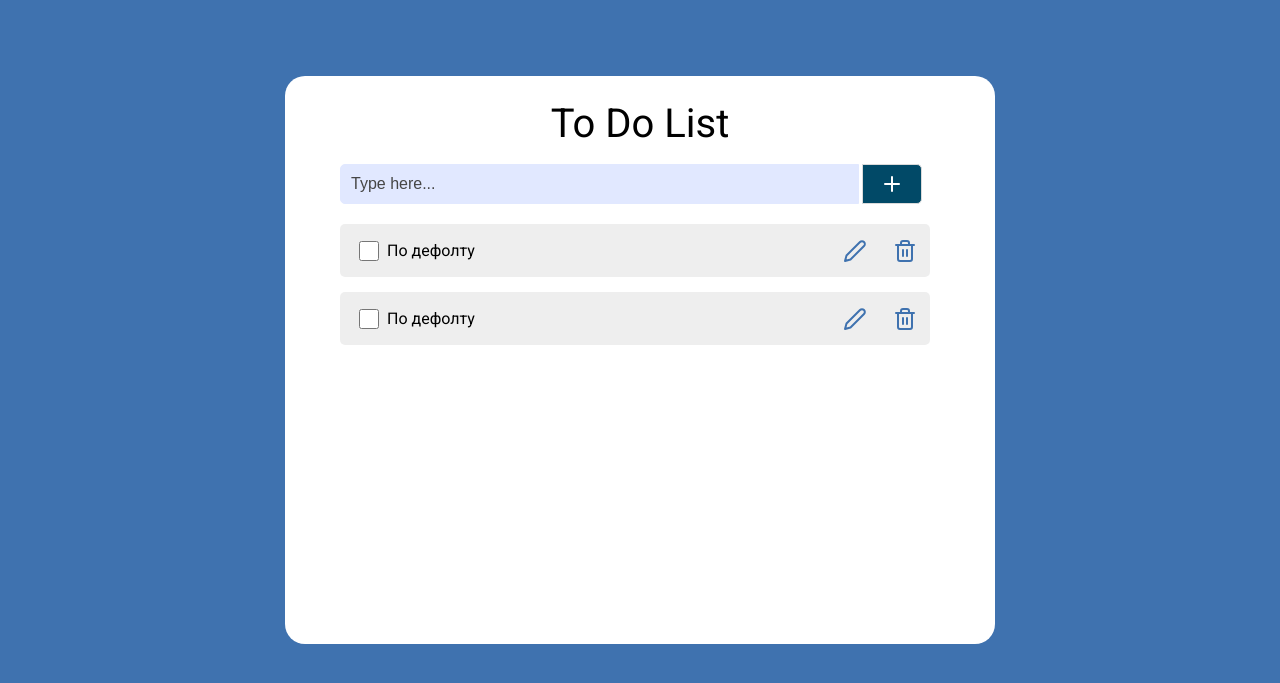
Repository: Azimich/react_ts_todo_vite_zustand
Page: /
These files come from the project's save history. The page is drawn as it stood at one moment and after a run of saves; the edit follows.
The browser window is 1280 px wide. The pictures show the whole page.
The project was rebuilt for these pictures with package versions that can differ from the ones it lists, and the page was loaded fresh each time. Also part of the build but not shown: vite.config.ts.

Above is the page before, as saved 2023-03-29 10:14:23.

### src/main.tsx
import React from 'react'
import ReactDOM from 'react-dom/client'


import App from './views/App'
import './views/styles/reset.scss'
import './views/styles/common.scss'

ReactDOM.createRoot(document.getElementById('root') as HTMLElement).render(
  <React.StrictMode>
    <App />
  </React.StrictMode>,
)

### src/views/App/index.tsx
import React, { FC, useEffect } from 'react'
import { useTuDoStore } from '../../data/stores/useToDoStore';
import InputPlus from '../components/InputPlus';
import InputTask from '../components/InputTask';

import styles from './index.module.scss';


const App: FC = () => {
  const [
    tasks,
    createTask,
    updateTask,
    removeTask
  ] = useTuDoStore((state) => [
    state.tasks,
    state.createTask,
    state.updateTask,
    state.removeTask
  ]);


  // useEffect(() => {
  //   createTask('pppp');
  // }, [createTask]);

  return (
    <div className={styles.article}>
      <h1 className={styles.article__Title}>To Do List</h1>
      <section className={styles.article__Section}>
        <InputPlus
          onAdd={(title) => {
            if (title) {
              createTask(title);
            }
          }}
        />
      </section>
      <section className={styles.article__Section__Tasks}>
        {!tasks.length && (
          <p className={styles.article__Text}>There is no one task.</p>
        )}
        {tasks.map((item) => {
          return (
            <InputTask
              key={item.id}
              id={item.id}
              title={item.title}
              onDone={removeTask}
              onEdited={updateTask}
              onRemoved={removeTask}
            />
          );
        })}
      </section>
    </div>
  );
}

export default App

### src/views/styles/common.scss
@import url('https://fonts.googleapis.com/css2?family=Inter:wght@300;400;700&family=Roboto:wght@400;500&display=swap');

body {
  font: 16px/1.4 'Roboto', sans-serif;
  background: #3F72AF;
  min-height: 100vh;
  padding: 1rem;
  box-sizing: border-box;
  display: flex;
  align-items: center;
  justify-content: center;
}

### src/data/stores/useToDoStore.ts
import {create} from 'zustand';
import { generateId } from './helpers';

interface ITask {
  id: string;
  title: string;
  createdAt: number;
}

interface ITaskStore {
  tasks: ITask[];
  createTask: (title: string) => void;
  removeTask: (id: string) => void;
  updateTask: (title: string, id: string) => void;
}

export const useTuDoStore = create<ITaskStore>((set, get) => ({
  tasks: [
    {
      id: 'ffff',
      title: 'По дефолту',
      createdAt: 12165
    },
    {
      id: 'wfwefw',
      title: 'По дефолту',
      createdAt: 34654
    },
  ],

  createTask: (title) => {
    const { tasks } = get();
    const newTask = {
      id: generateId(),
      title: title,
      createdAt: Date.now()
    }

    set({
      tasks: [newTask].concat(tasks),
    })
  },

  updateTask: (id: string, title: string) => {
    const { tasks } = get();
    set({
      tasks: tasks.map((task) => ({
        ...task,
        title: task.id === id ? title : task.title,
      }))
    })
  },

  removeTask: (id: string) => {
    const { tasks } = get();
    set({
      tasks: tasks.filter((task) => task.id !== id)
    })
  },
}))

### src/views/components/InputPlus/index.tsx
import React, { FC, useCallback, useState } from 'react'

import styles from './index.module.scss'

interface IInputPlus {
  onAdd: (title: string) => void;
}

const InputPlus: FC<IInputPlus> = ({ onAdd }) => {

  const [inputValue, setInputValue] = useState('')
  const addTask = useCallback(() => {
    onAdd(inputValue)
    setInputValue('')
  }, [inputValue])

  return (
    <div className={styles.inputPlus}>
      <input
        type={'text'}
        className={styles.inputPlus__Value}
        value={inputValue}
        onChange={(event) => setInputValue(event.target.value)}
        placeholder={"Type here..."}
        onKeyDown={(event) => {
          if (event.key === 'Enter') {
            addTask();
          }
        }}
      />
      <button onClick={addTask} aria-label="Add" className={styles.inputPlus__Button} />
    </div>
  );
};

export default InputPlus;

### src/views/components/InputTask/index.tsx
import { FC, useEffect, useRef, useState } from 'react'

import styles from './index.module.scss'

interface IInputTask {
  id: string;
  title: string;
  onDone: (id: string) => void;
  onEdited: (id: string, title: string) => void;
  onRemoved: (id: string) => void;
}

const InputTask: FC<IInputTask> = ({ id, title, onDone, onEdited, onRemoved }) => {
  const [checked, setChecked] = useState(false)
  const [isEditMode, setIsEditMode] = useState(false)
  const [inputValue, setInputValue] = useState(title)
  const editTitleInputRef = useRef<HTMLInputElement>(null)

  useEffect(() => {
    if (isEditMode) {
      editTitleInputRef?.current?.focus();
    }
  }, [isEditMode]);

  return (
    <div className={styles.inputTask}>
      <label>
        <input
          type="checkbox"
          disabled={isEditMode}
          checked={checked}
          className={styles.inputTask__Checkbox}
          onChange={(e) => {
            setChecked(e.target.checked);
            if (e.target.checked) {
              setTimeout(() => {
                onDone(id);
              }, 300)
            }
          }}
        />
        {isEditMode ? (
          <input
            ref={editTitleInputRef}
            value={inputValue}
            onChange={(evt) => setInputValue(evt.target.value)}
            className={styles.inputTask__Edit__input}
            onKeyDown={(evt) => {
              if (evt.key === 'Enter') {
                onEdited(id, inputValue);
                setIsEditMode(false);
              }
            }}
          />
        ) : (
          <h3>{title}</h3>
        )}
      </label>
      {isEditMode ? (
        <button
          aria-label="Save"
          className={styles.inputTask__Save}
          onClick={() => {
            onEdited(id, inputValue);
            setIsEditMode(false);
          }}
        />
      ) : (
        <button
          aria-label="Edit"
          className={styles.inputTask__Edit}
          onClick={() => setIsEditMode(true)}
        />
      )}
      <button
        aria-label="Remove"
        className={styles.inputTask__Remove}
        onClick={() => {
          if (confirm('Are you sure?')) {
            onRemoved(id);
          }
        }}
      />
    </div>
  );
};

export default InputTask

### src/views/App/index.module.scss

.article {
  min-width: 600px;
  background-color: #fff;
  border-radius: 20px;
  padding: 20px 55px;
  &__Title {
    font-size: 40px;
    margin-bottom: 0.3em;
    text-align: center;
  }
  &__Section {

  }
  &__Section__Tasks {
    height: 400px;
    overflow: auto;
    padding-right: 10px;
  }
  &__Section__Tasks::-webkit-scrollbar {
    width: 10px;
    background-color: #f9f9fd;
  }

  &__Section__Tasks::-webkit-scrollbar-thumb {
    border-radius: 10px;
    background-color: #014967;
  }

  &__Section__Tasks::-webkit-scrollbar-track {
    -webkit-box-shadow: inset 0 0 6px rgba(0, 0, 0, 0.2);
    border-radius:20px;
    background-color: #f9f9fd;
  }
  &__Text {
    text-align: center;
    font-size: 18px;
  }
}

### src/data/stores/helpers.ts

type GenerateId = () => string;

export const generateId: GenerateId = () => (
  Math.random().toString(16).slice(2) + new Date().getTime().toString(36)
);

### src/views/components/InputPlus/index.module.scss

.inputPlus {
  width: 97%;
  display: grid;
  grid-template-columns: 1fr 60px;
  gap: 3px;
  margin-bottom: 20px;
  &__Value {
    border: 1px solid #e1e8ff;
    border-top-left-radius: 5px;
    border-bottom-left-radius: 5px;
    padding: 10px;
    font-size: 1rem;
    background: rgb(225 232 255);
    outline: none;
    &::placeholder {
      color: #464646;
    }
    &:focus {
      border-color: #066c97;
    }
  }
  &__Button {
    border-top-right-radius: 5px;
    border-bottom-right-radius: 5px;
    border: 1px solid #dadada;
    cursor: pointer;
    background: #014967 url('../../images/plus.svg') no-repeat center center;
    padding: 10px;
    transform: all 0.3s ease;
    &:hover {
      opacity: 0.8;
    }
  }
}

### src/views/components/InputTask/index.module.scss

.inputTask {
  display: grid;
  grid-template-columns: 1fr 50px 50px;
  margin-bottom: 15px;
  border-radius: 5px;
  background: rgba(221, 221, 221, 0.489);
  label {
    display: grid;
    grid-template-columns: auto 1fr;
    align-items: center;
    padding: 12px 15px;
    cursor: pointer;
  }
  &__Checkbox {
    width: 20px;
    height: 20px;
    cursor: pointer;
  }
  h3 {
    padding: 5px;
    line-height: 1.2;
    font-size: 16px;
  }
  &__Edit__input {
    border: none;
    padding: 5px;
    font-size: 1rem;
    outline: none;
    background: none;
    font-size: 16px;
    box-shadow: 0 4px 0 -3px rebeccapurple;
  }
  &__Edit, &__Remove, &__Save {
    display: block;
    border: none;
    background: none no-repeat center center;
    cursor: pointer;
    padding: 0;
    transition: all 0.3s ease;
    &:hover {
      opacity: 0.7;
    }
  }
  &__Remove {
    background-image: url('../../images/trash.svg');
  }
  &__Edit {
    background-image: url('../../images/edit.svg');
  }
  &__Save {
    background: url('../../images/check.svg') no-repeat center center;
  }
}

Loaded but not shown: index.html (common file); src/views/styles/reset.scss (common file)

After the next 2 saves:
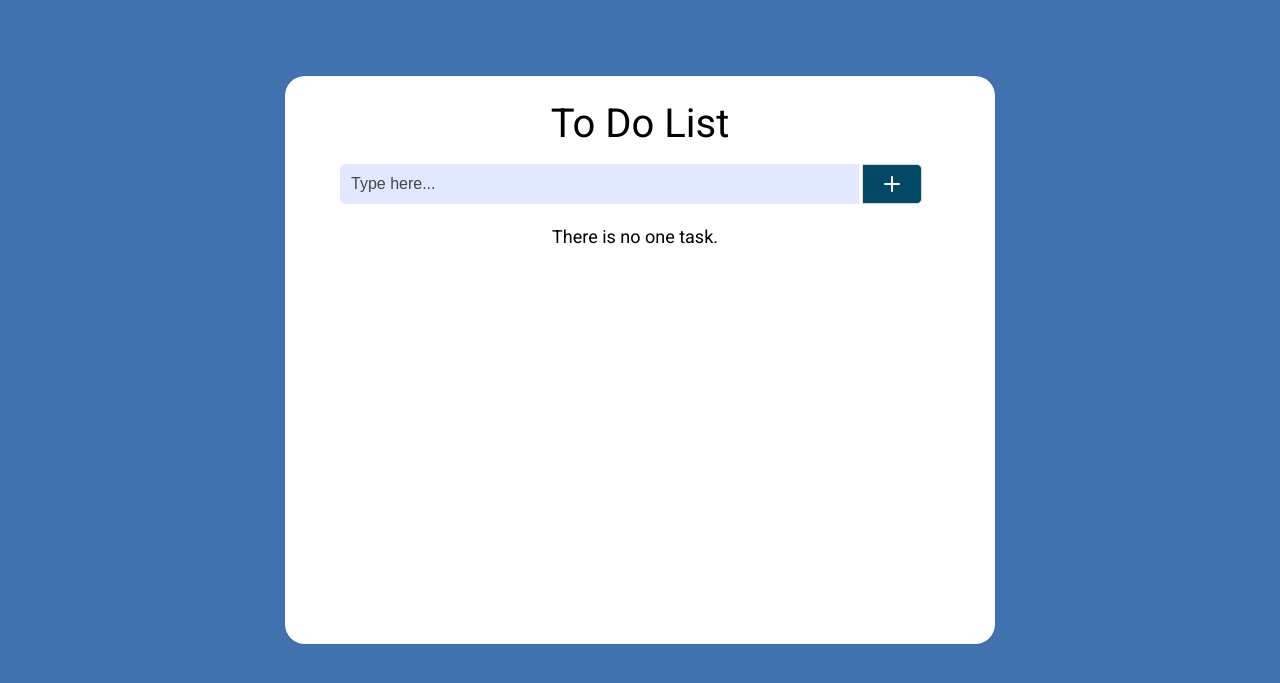
The 2 saves are shown as one change because they came seconds apart.
The last was saved 7 min 57 s later.
--- a/src/data/stores/useToDoStore.ts
+++ b/src/data/stores/useToDoStore.ts
@@ -15,18 +15,7 @@ interface ITaskStore {
 }
 
 export const useTuDoStore = create<ITaskStore>((set, get) => ({
-  tasks: [
-    {
-      id: 'ffff',
-      title: 'По дефолту',
-      createdAt: 12165
-    },
-    {
-      id: 'wfwefw',
-      title: 'По дефолту',
-      createdAt: 34654
-    },
-  ],
+  tasks: [],
 
   createTask: (title) => {
     const { tasks } = get();
